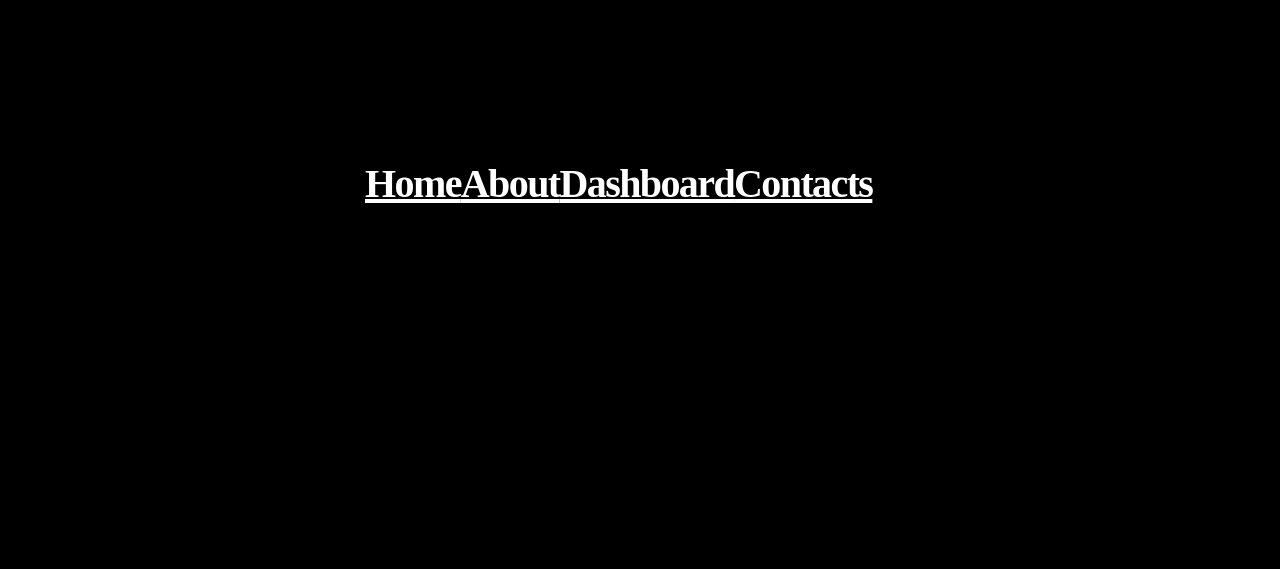
Repository: Rinzlerte/react-reveale-animation
Page: /menu
An editor plug-in stored every save of this project. The page is shown before and after the next save, followed by the edit.
The browser window is 1280 px wide. The pictures show the whole page.
The project was rebuilt for these pictures with package versions that can differ from the ones it lists, and the page was loaded fresh each time. Also part of the build but not shown: src/components/home/Featured.jsx, src/components/home/Header.jsx, src/components/ui/ArrowBtn.js, src/components/home/Home.jsx.

Above is the page before, as saved 2019-10-18 23:34:21.

### public/index.html
<!DOCTYPE html>
<html lang="en">
  <head>
    <meta charset="utf-8" />
    <link rel="icon" href="%PUBLIC_URL%/favicon.ico" />
    <meta name="viewport" content="width=device-width, initial-scale=1" />
    <meta name="theme-color" content="#000000" />
    <meta
      name="description"
      content="Web site created using create-react-app"
    />
    <link rel="apple-touch-icon" href="logo192.png" />
    <link rel="stylesheet" href="https://fonts.googleapis.com/css?family=Roboto:300,400,500,700&display=swap" />
    <!--
      manifest.json provides metadata used when your web app is installed on a
      user's mobile device or desktop. See https://developers.google.com/web/fundamentals/web-app-manifest/
    -->
    <link rel="manifest" href="%PUBLIC_URL%/manifest.json" />
    <!--
      Notice the use of %PUBLIC_URL% in the tags above.
      It will be replaced with the URL of the `public` folder during the build.
      Only files inside the `public` folder can be referenced from the HTML.

      Unlike "/favicon.ico" or "favicon.ico", "%PUBLIC_URL%/favicon.ico" will
      work correctly both with client-side routing and a non-root public URL.
      Learn how to configure a non-root public URL by running `npm run build`.
    -->
    <title>React App</title>
  </head>
  <body>
    <noscript>You need to enable JavaScript to run this app.</noscript>
    <div id="root"></div>
    <!--
      This HTML file is a template.
      If you open it directly in the browser, you will see an empty page.

      You can add webfonts, meta tags, or analytics to this file.
      The build step will place the bundled scripts into the <body> tag.

      To begin the development, run `npm start` or `yarn start`.
      To create a production bundle, use `npm run build` or `yarn build`.
    -->
  </body>
</html>

### src/App.js
import React, { Component } from 'react';
import Home from './components/home/Home';
import Navigation from './components/navigation/Navigation';

import { BrowserRouter, Route } from 'react-router-dom';


import './Resources/styles.css'

export default class App extends Component {
  render() {
    return (
      <BrowserRouter >
        <Route exact path="/" render={() => <Home />} />
        <Route path="/menu" render={() => <Navigation />}/>
      </BrowserRouter>
    )
  }
}

### src/components/navigation/Navigation.jsx
import React from 'react';
import './Navigation.css';
import {Link} from 'react-router-dom';

const Navigation = () =>  (
    <div className="menu"  style={{ height:`${window.innerHeight}px`}}>

        <div className="menu-box">
            <Link className="menu-box-link" to="/">Home</Link>
            <Link className="menu-box-link" to="/about">About</Link>
            <Link className="menu-box-link" to="/dashboard">Dashboard</Link>
            <Link className="menu-box-link" to="/dashboard">Contacts</Link>
        </div>
    </div>
);

export default Navigation;

### src/Resources/styles.css
body {
  margin: 0;
  font-family: -apple-system, BlinkMacSystemFont, "Segoe UI", "Roboto", "Oxygen",
    "Ubuntu", "Cantarell", "Fira Sans", "Droid Sans", "Helvetica Neue",
    sans-serif;
  -webkit-font-smoothing: antialiased;
  -moz-osx-font-smoothing: grayscale;
  padding: 0;
  box-sizing: border-box;
  font-family: "Roboto", sans-serif;
}

code {
  font-family: source-code-pro, Menlo, Monaco, Consolas, "Courier New",
    monospace;
}

.home{
  width: 100%;
}

.header_logo{
  color: white;
  font-size: 28px;
}

.home{
  display: flex;
  justify-content: space-between;
  align-items: center;
  flex-direction: column;
}
.footer{
  bottom: 0;
  position: absolute;
  display: block;
  width: 100%;
  height: 80px;
  z-index: 99;
  display: flex;
  align-items: center;
  justify-content: space-around;
}

.myarrow{
  background-size: cover !important;
  display: block;
}

### src/components/navigation/Navigation.css
.menu{
    width: 100%;
    display: flex;
    justify-content: space-around;
    flex-direction: column;
    align-items: center;
    background-color: #000000;
}

.menu-box{
    pointer-events: none;
    opacity: 1;
    width: 550px;
    /* transform: matrix(1.1, 0, 0, 1.1, 341, 228); */
    height: 400px;
}

.menu-box-link{
    letter-spacing: -0.04em;
    transform-origin: center center 0px;
    will-change: transform;
    cursor: pointer;
    color: #ffffff;
    font-size: 40px;
    font-weight: 700;
    font-family: GothamHTF;
    text-align: center;
    transform: translate3d(179px, 0px, 0px);
    visibility: inherit;
    opacity: 1;
    pointer-events: auto;
}

Loaded but not shown: src/index.js (common file)

After the next save:
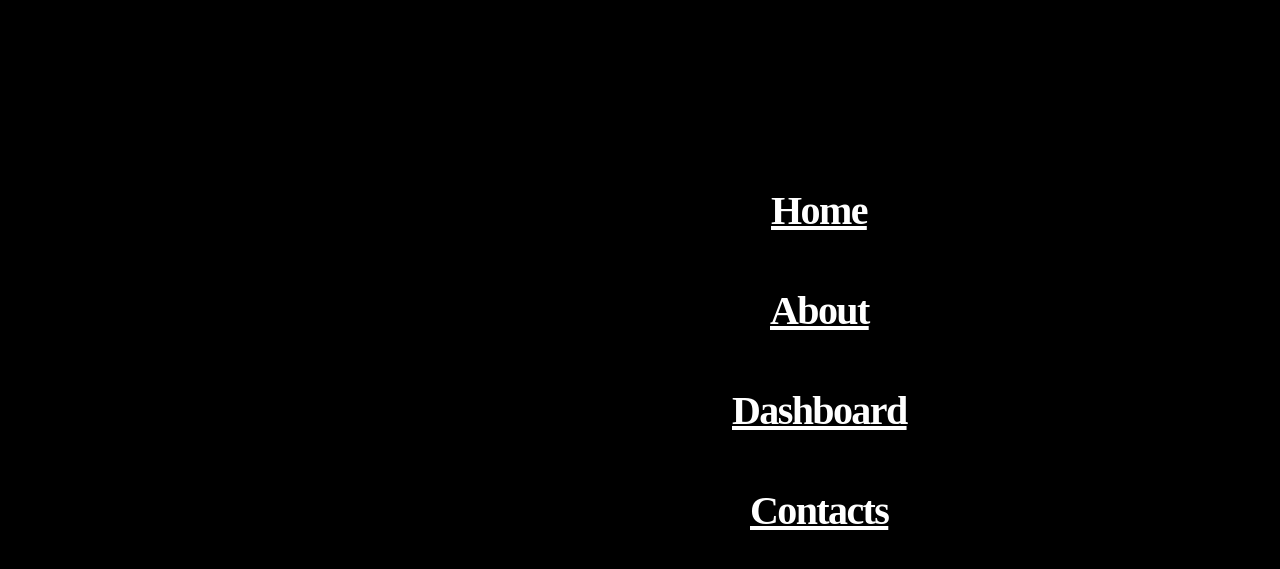
Saved 89 s later.
--- a/src/components/navigation/Navigation.css
+++ b/src/components/navigation/Navigation.css
@@ -13,6 +13,10 @@
     width: 550px;
     /* transform: matrix(1.1, 0, 0, 1.1, 341, 228); */
     height: 400px;
+    display: flex;
+    justify-content: space-around;
+    flex-direction: column;
+    align-items: center;
 }
 
 .menu-box-link{
